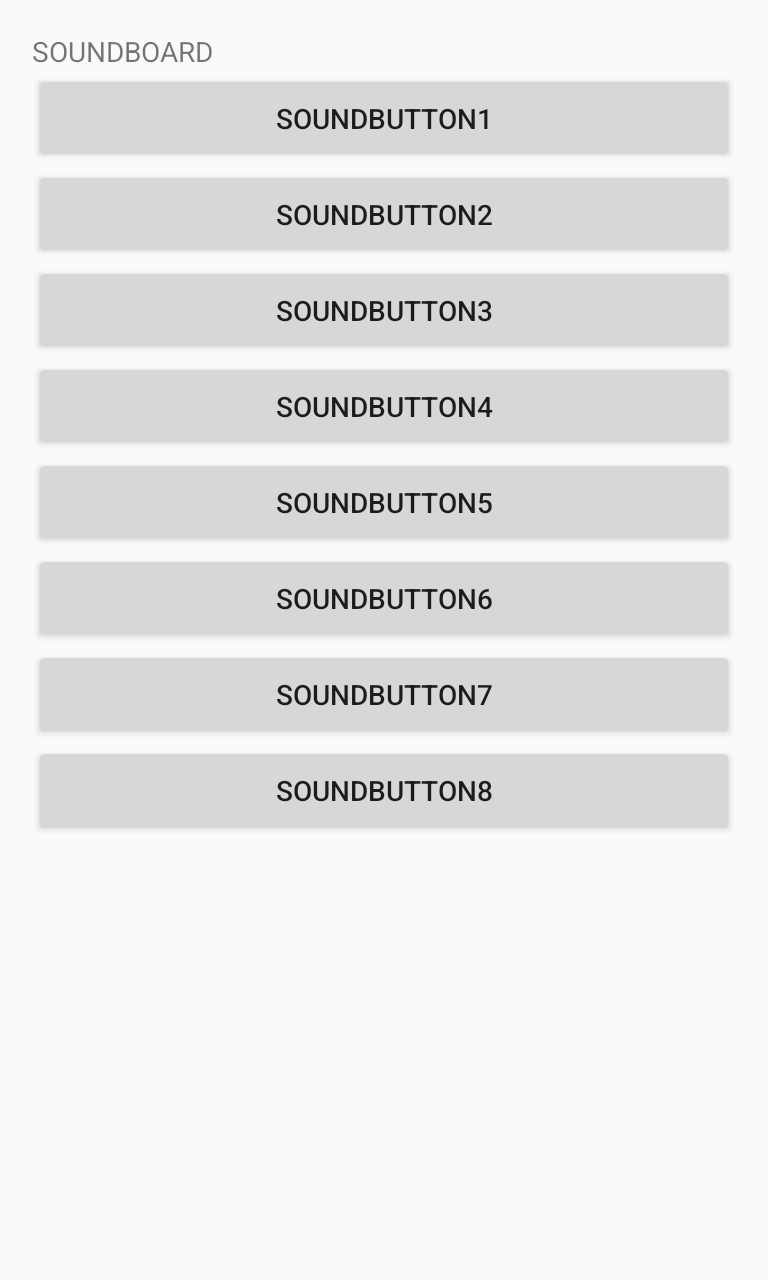
Repository: SoundBoardJAMJ/Project
Layout: workspace/soundtest/res/layout/fragment_main.xml
An editor plug-in stored every save of this project. The layout is shown before and after the next save, followed by the edit.
It is drawn on a 768 x 1280 px phone screen (xhdpi) without system bars, with theme AppTheme; the app's code is not run.

Above is the layout before, as saved 2014-04-28 19:58:25.

After the next save:
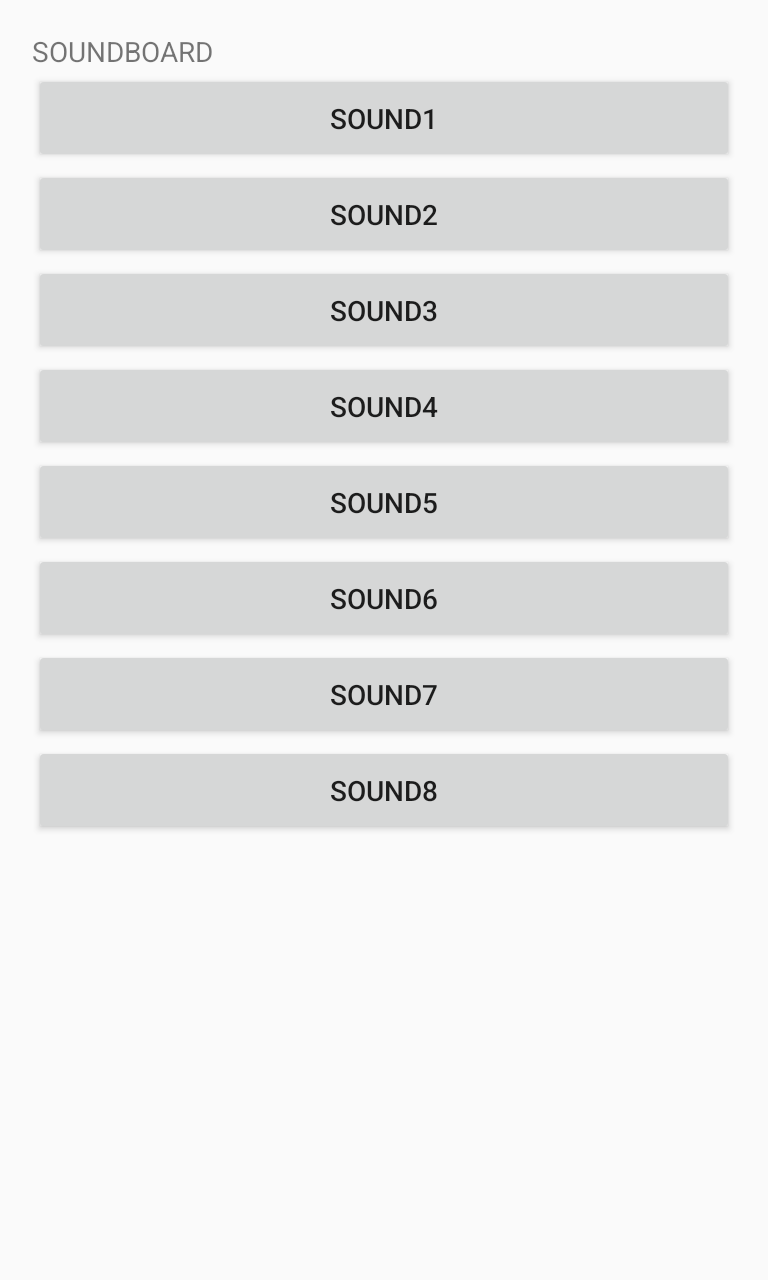
Saved 2 h 20 min later.
--- a/workspace/soundtest/res/layout/fragment_main.xml
+++ b/workspace/soundtest/res/layout/fragment_main.xml
@@ -21,7 +21,7 @@
         android:layout_alignLeft="@+id/button4"
         android:layout_below="@+id/button4"
         android:onClick="ButtonOnClick"
-        android:text="soundbutton5" />
+        android:text="sound5" />
 
     <Button
         android:id="@+id/button6"
@@ -30,7 +30,7 @@
         android:layout_alignParentLeft="true"
         android:layout_below="@+id/button5"
         android:onClick="ButtonOnClick"
-        android:text="soundbutton6" />
+        android:text="sound6" />
 
     <Button
         android:id="@+id/button7"
@@ -39,7 +39,7 @@
         android:layout_alignParentLeft="true"
         android:layout_below="@+id/button6"
         android:onClick="ButtonOnClick"
-        android:text="soundbutton7" />
+        android:text="sound7" />
 
     <Button
         android:id="@+id/button8"
@@ -48,7 +48,7 @@
         android:layout_alignLeft="@+id/button7"
         android:layout_below="@+id/button7"
         android:onClick="ButtonOnClick"
-        android:text="soundbutton8" />
+        android:text="sound8" />
 
     <Button
         android:id="@+id/button1"
@@ -57,7 +57,7 @@
         android:layout_alignLeft="@+id/textView1"
         android:layout_below="@+id/textView1"
         android:onClick="ButtonOnClick"
-        android:text="soundbutton1" />
+        android:text="sound1" />
 
     <Button
         android:id="@+id/button2"
@@ -66,7 +66,7 @@
         android:layout_alignLeft="@+id/button1"
         android:layout_below="@+id/button1"
         android:onClick="ButtonOnClick"
-        android:text="soundbutton2" />
+        android:text="sound2" />
 
     <Button
         android:id="@+id/button3"
@@ -75,7 +75,7 @@
         android:layout_alignLeft="@+id/button2"
         android:layout_below="@+id/button2"
         android:onClick="ButtonOnClick"
-        android:text="soundbutton3" />
+        android:text="sound3" />
 
     <Button
         android:id="@+id/button4"
@@ -84,6 +84,6 @@
         android:layout_alignLeft="@+id/button3"
         android:layout_below="@+id/button3"
         android:onClick="ButtonOnClick"
-        android:text="soundbutton4" />
+        android:text="sound4" />
 
 </RelativeLayout>
